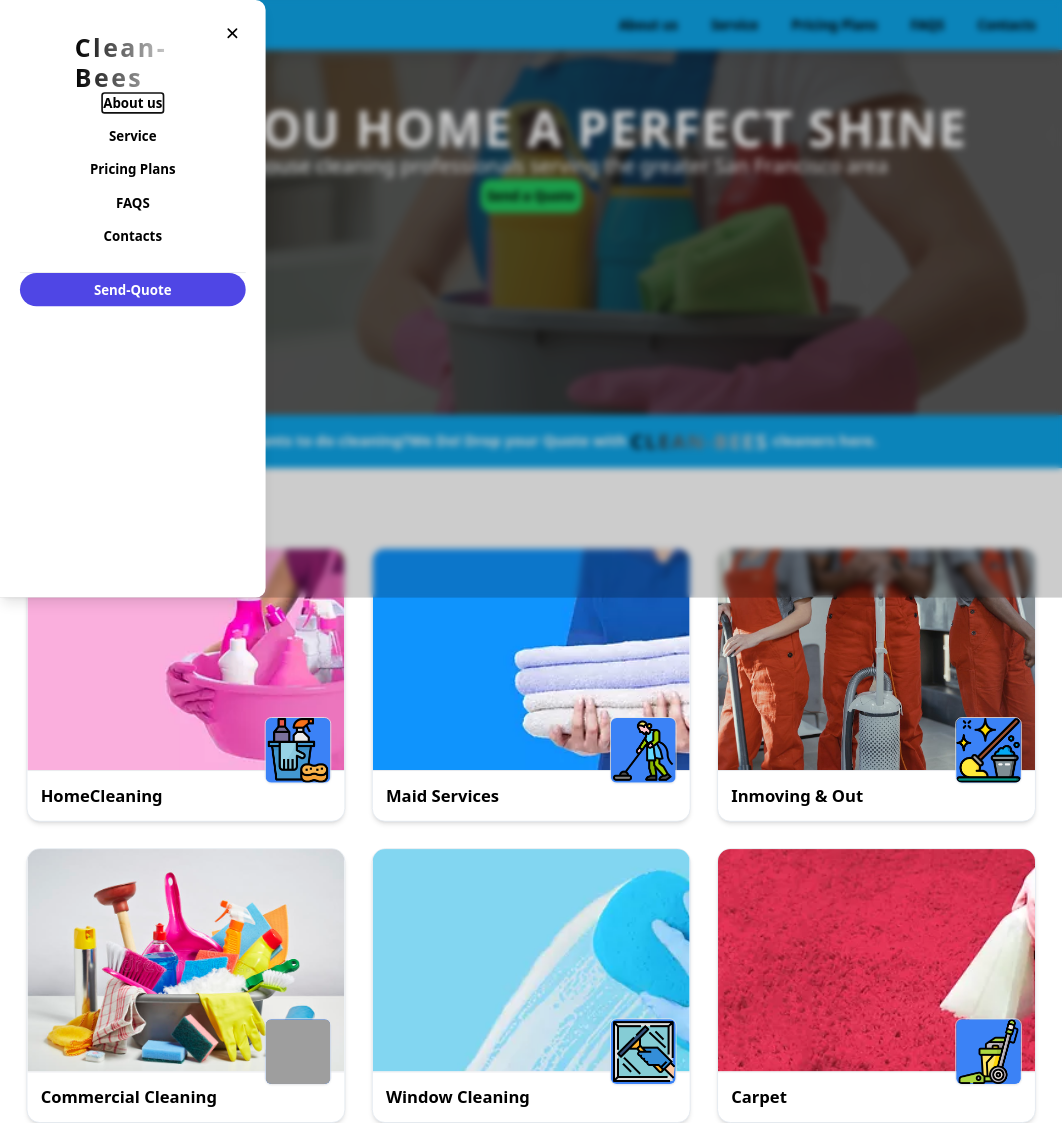
Repository: remydev47/cleanbees
Page: /
An editor plug-in stored every save of this project. The page is shown before and after the next save, followed by the edit.
The browser window is 1280 px wide. The pictures show the whole page, at 83% of full size.
Pictures or frames that could not be fetched are drawn as grey boxes. The project was rebuilt for these pictures with package versions that can differ from the ones it lists, and the page was loaded fresh each time. The framework's server and built-in components were replaced by stand-ins that run in the browser. Also part of the build but not shown: next.config.js.

Above is the page before, as saved 2022-09-16 14:58:45.

After the next save:
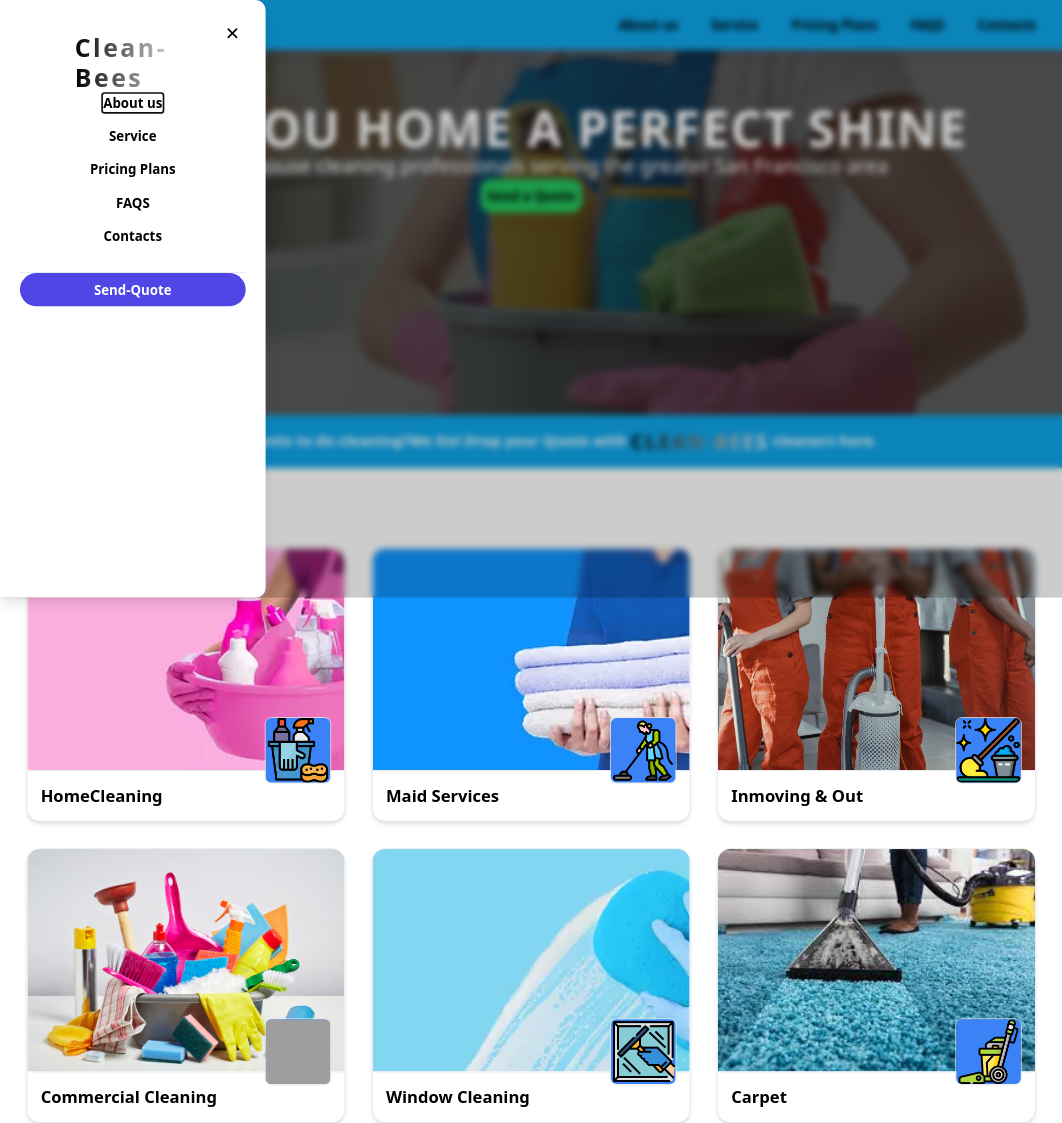
Saved 2 min 51 s later.
--- a/components/Services.tsx
+++ b/components/Services.tsx
@@ -36,7 +36,7 @@ const serviceItems =[
     {
         name:"Carpet",
         description:"",
-        image:'/img/carpet2.webp',
+        image:'/img/cleancarpet.jpg',
         logo:"/img/carpet.png"
     },
 ]
